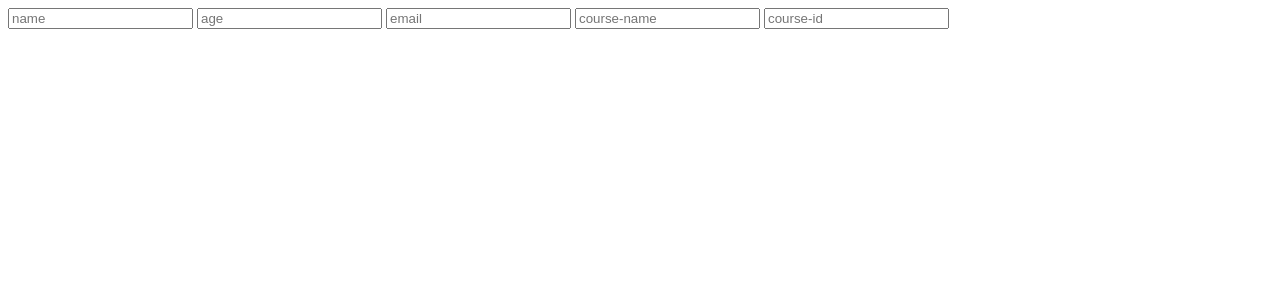
Repository: roneetkumar/java-enterprise
Page: http://localhost/College/
The author's editor kept a copy of each file at every save. The page is drawn from the files as they stood at one save, then again after a run of saves.
The browser window is 1280 px wide. The pictures show the whole page.
The page is served by Tomcat 9.

Above is the page before, as saved 2020-02-25 22:19:04.

After the next 2 saves:
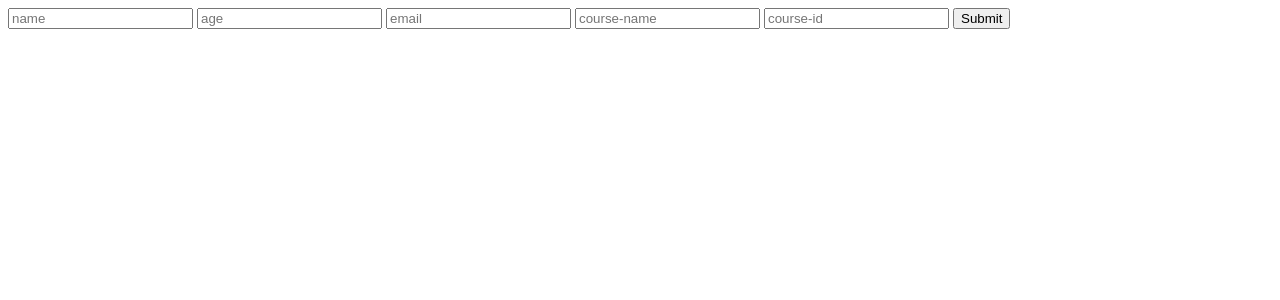
The 2 saves are shown as one change because they came seconds apart.
The last was saved 16 s later.
--- a/College/WebContent/index.jsp
+++ b/College/WebContent/index.jsp
@@ -14,6 +14,7 @@
 		<input type="text" name="email" placeholder="email" />
 		<input type="text" name="cname" placeholder="course-name"/>
 		<input type="text" name="cid" placeholder="course-id"/>
+		<input type="submit"/>
 	</form>
 
 </body>
